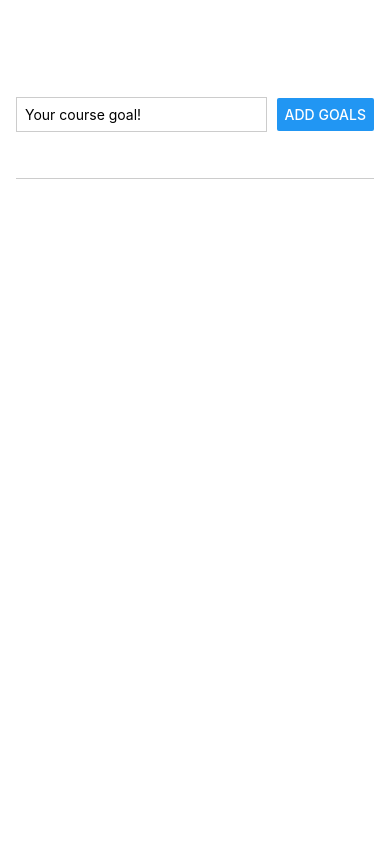
Repository: vanh1604/Todo-List
Screen: /
An editor plug-in stored every save of this project. The screen is shown before and after the next save, followed by the edit.
The app was drawn by React Native's web renderer in a window 390 px wide. The project was rebuilt for these pictures with package versions that can differ from the ones it lists, and the page was loaded fresh each time. Also part of the build but not shown: Components/GoalItem.js.

Above is the screen before, as saved 2023-06-17 15:15:56.

### App.js
import { useState } from "react";
import { StyleSheet, View, FlatList } from "react-native";
import GoalItem from "./Components/GoalItem";
import GoalInput from "./Components/GoalInput";

export default function App() {
  const [courseGoals, setCourseGoals] = useState([]);

  const addGoalHandler = (enteredGoalText) => {
    setCourseGoals((currentCourseGoals) => [
      ...currentCourseGoals,
      { text: enteredGoalText, id: Math.random().toString() },
    ]);
  };
  const DeleteGoalsHandler = (id) => {
    setCourseGoals((currentCourseGoals) => {
      return currentCourseGoals.filter((goal) => goal.id !== id);
    });
  };
  return (
    <View style={styles.appContainer}>
      <GoalInput onAddGoal={addGoalHandler} />
      <View style={styles.goalsContainer}>
        <FlatList
          data={courseGoals}
          renderItem={(itemData) => {
            return (
              <GoalItem
                text={itemData.item.text}
                id={itemData.item.id}
                onDeleteItem={DeleteGoalsHandler}
              />
            );
          }}
          keyExtractor={(item, index) => {
            return item.id;
          }}
          alwaysBounceVertical={false}
        />
      </View>
    </View>
  );
}

const styles = StyleSheet.create({
  appContainer: {
    flex: 1,
    paddingTop: 50,
    paddingHorizontal: 16,
  },
  goalsContainer: {
    flex: 5,
  },
});

### Components/GoalInput.js
import React from "react";
import { StyleSheet, View, TextInput, Button, Modal } from "react-native";
import { useState } from "react";
function GoalInput(props) {
  const [enteredGoalText, setEnteredGoalText] = useState("");
  const goalInputHandler = (enteredText) => {
    setEnteredGoalText(enteredText);
  };
  const addGoal = () => {
    props.onAddGoal(enteredGoalText);
    setEnteredGoalText("");
  };
  return (
    <View style={styles.inputContainer}>
      <TextInput
        style={styles.textInput}
        placeholder="Your course goal!"
        onChangeText={goalInputHandler}
        value={enteredGoalText}
      ></TextInput>
      <Button title="Add goals" onPress={addGoal} />
    </View>
  );
}
const styles = StyleSheet.create({
  inputContainer: {
    flex: 1,
    flexDirection: "row",
    justifyContent: "space-between",
    alignItems: "center",
    marginBottom: 24,
    borderBottomWidth: 1,
    borderBottomColor: "#cccccc",
  },
  textInput: {
    borderWidth: 1,
    borderColor: "#cccccc",
    width: "70%",
    marginRight: 8,
    padding: 8,
  },
});
export default GoalInput;

After the next save:
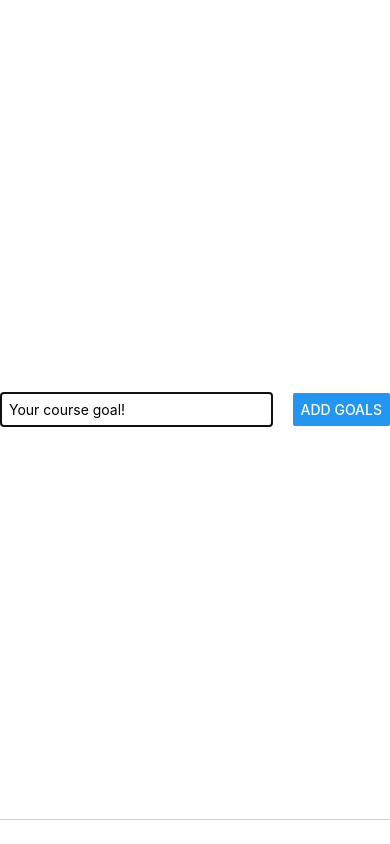
Saved 18 s later.
--- a/Components/GoalInput.js
+++ b/Components/GoalInput.js
@@ -11,15 +11,17 @@ function GoalInput(props) {
     setEnteredGoalText("");
   };
   return (
-    <View style={styles.inputContainer}>
-      <TextInput
-        style={styles.textInput}
-        placeholder="Your course goal!"
-        onChangeText={goalInputHandler}
-        value={enteredGoalText}
-      ></TextInput>
-      <Button title="Add goals" onPress={addGoal} />
-    </View>
+    <Modal>
+      <View style={styles.inputContainer}>
+        <TextInput
+          style={styles.textInput}
+          placeholder="Your course goal!"
+          onChangeText={goalInputHandler}
+          value={enteredGoalText}
+        ></TextInput>
+        <Button title="Add goals" onPress={addGoal} />
+      </View>
+    </Modal>
   );
 }
 const styles = StyleSheet.create({
